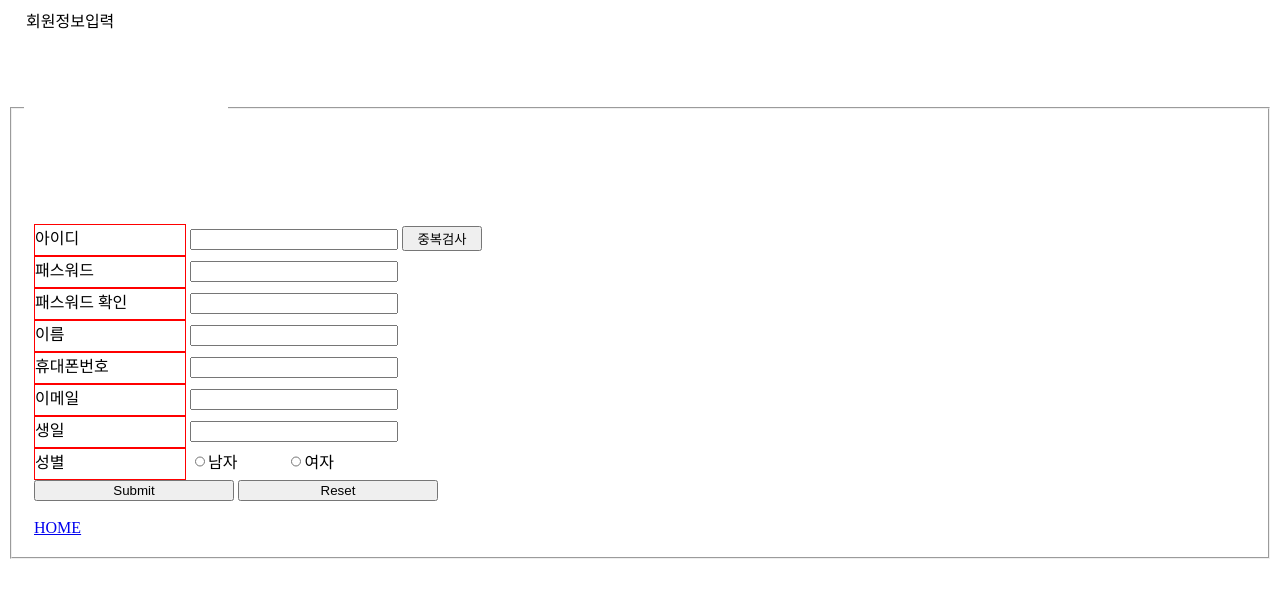
Repository: solsol7/ddit-html
Page: webpro/WebContent/work/html/회원가입.html
The author's editor kept a copy of each file at every save. The page is drawn from the files as they stood at one save, then again after the next save.
The browser window is 1280 px wide. The pictures show the whole page.

Above is the page before, as saved 2023-07-06 05:34:29.

After the next save:
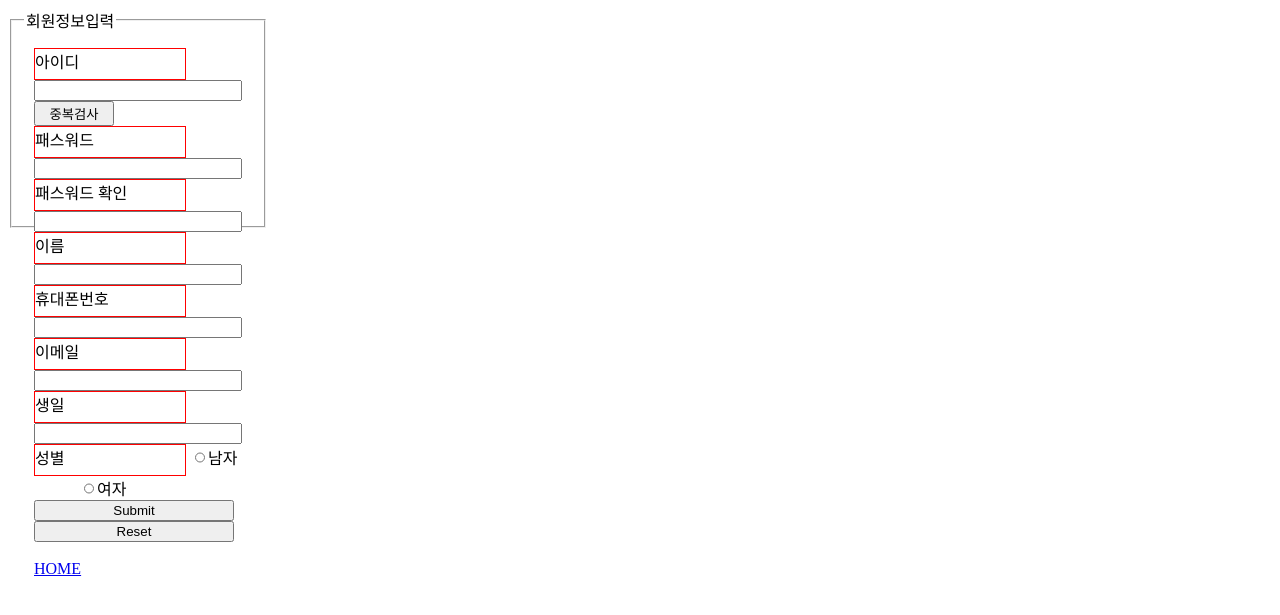
Saved 92 s later.
--- a/webpro/WebContent/work/css/회원가입.css
+++ b/webpro/WebContent/work/css/회원가입.css
@@ -3,7 +3,7 @@
 #main{
 	padding : 10px;
 }
-legend{
+fieldset{
 	width : 200px;
 	height : 200px;
 }
